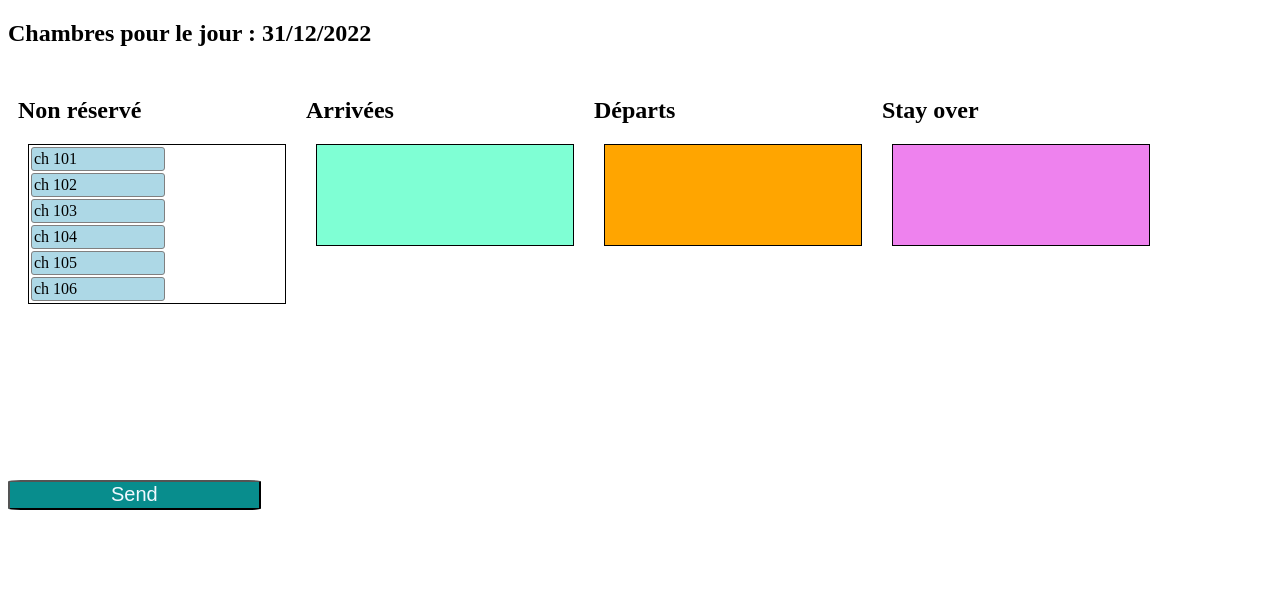
Repository: boschierob/order-app
Page: drag.html
An editor plug-in stored every save of this project. The page is shown before and after the next save, followed by the edit.
The browser window is 1280 px wide. The pictures show the whole page.
Some web libraries are served in a nearby version.

Above is the page before, as saved 2023-01-01 01:02:17.

### drag.html
<!DOCTYPE html>
<html lang="en">

<head>
  <meta charset="UTF-8">
  <meta http-equiv="X-UA-Compatible" content="IE=edge">
  <meta name="viewport" content="width=device-width, initial-scale=1.0">
  <link rel="stylesheet" href="http://code.jquery.com/ui/1.9.2/themes/base/jquery-ui.css" />
  <script type="text/javascript" src="http://code.jquery.com/jquery.min.js"></script>
  <script type="text/javascript" src="http://code.jquery.com/ui/1.9.2/jquery-ui.js"></script>
  <script type="text/javascript" src="http://www.pureexample.com/js/lib/jquery.ui.touch-punch.min.js"></script>


  <!-- CSS -->
  <style type="text/css">
    .items-container {
      display: flex;
    }

    .items-container>div {
      margin: 10px;
    }

    .list {
      max-width: 50%;
      background-color: lightblue;
      border: 1px solid gray;
    }

    .items .ui-selected {
      background: red;
      color: white;
      font-weight: bold;
    }

    .items {
      list-style-type: none;
      margin-left: 10px;
      padding: 0;
      width: 20vw;
      border: 1px solid;
      min-height: 100px;
    }

    .g {
      background-color: aquamarine;
    }

    .o {
      background-color: orange;
    }

    .z {
      background-color: violet;
    }

    .items li {
      margin: 2px;
      padding: 2px;
      cursor: pointer;
      border-radius: 3px;
    }

 .highlight {
      border: 2px solid red;
      font-weight: bold;
    }
    .btn-large{
      width:20%;
      height:30px;
      background-color: rgb(8, 141, 141);
      color:aliceblue;
      border-radius: 5%;
      font-size: 20px;
    }
  </style>

  <title>Document</title>
</head>
<!-- HTML -->

<body>
  <h2 id="date"> Chambres pour le jour : <span id="today"></span></h2>

  <div class="items-container">
    <div>
      <h2>Non réservé</h2>
      <ul id="items1" class="items ">

        <li class="list">ch 101</li>
        <li class="list">ch 102</li>
        <li class="list">ch 103</li>
        <li class="list">ch 104</li>
        <li class="list">ch 105</li>
        <li class="list">ch 106</li>
      </ul>
    </div>

    <div>
      <h2>Arrivées</h2>
      <ul id="items2" class="items g">
      </ul>

    </div>

    <div>
      <h2>Départs</h3>
        <ul id="items3" class="items o">


        </ul>

    </div>

    <div>
      <h2>Stay over</h4>
        <ul id="items4" class="items z">


        </ul>
    </div>
  </div>
  <div class="items-container">
    <canvas id="signature-canvas"></canvas>

  </div>
  <button class="btn-large" onclick="sendData()">Send</button>

  <!-- Javascript -->
  <script type="text/javascript" src="/js/mon_script.js"></script>
<script>
  function sendData(){
    let arrivals = document.getElementById("items2").innerText.split('\n')
    let departures = document.getElementById("items3").innerText.split('\n')
    let so = document.getElementById("items4").innerText.split('\n')
    let data = {
      "arrivals" : arrivals ,
      "departures": departures,
      "so" : so
    }
    fetch('/list', {
  method: 'POST',
  body:JSON.stringify(data),
  headers: {
    'Content-Type': 'application/json'
  }
})
.then(res => res.json())
.then(data => console.log(data));

console.log(JSON.stringify(data))
}

  let ladate = new Date();
  const el = document.querySelector("#today")
  el.innerHTML = ladate.getDate() + "/" + (ladate.getMonth() + 1) + "/" + ladate.getFullYear();

  $(function () {
    $("#items1,#items2,#items3,#items4").sortable({
      connectWith: "#items1,#items2,#items3,#items4",
      start: function (event, ui) {
        ui.item.toggleClass("highlight");
      },
      stop: function (event, ui) {
        ui.item.toggleClass("highlight");
        var element = document.getElementById("items1"); // or any other element
        //console.log(element); // logs the expandable <html>…</html>
        //console.dir(element.innerText); // logs the element’s properties and values
      }
    });
    $("#items1,#items2,#items3,#items4").disableSelection();

  });
</script>
</body>

</html>

### js/mon_script.js
console.log('coucou')

After the next save:
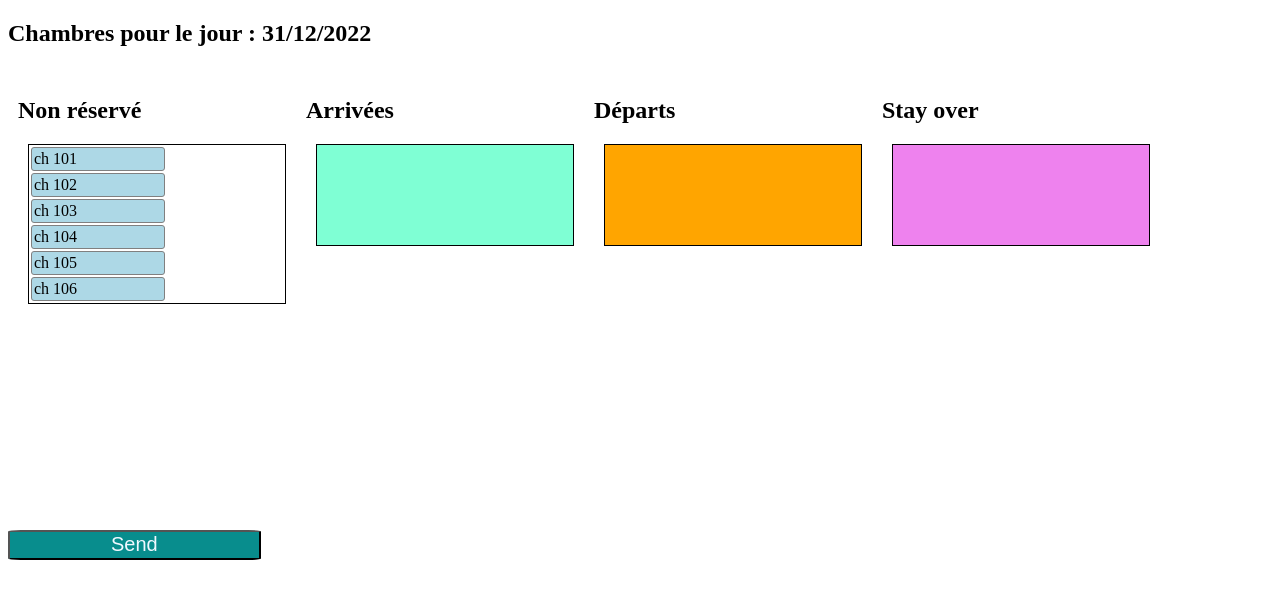
Saved 42 s later.
--- a/drag.html
+++ b/drag.html
@@ -121,7 +121,8 @@
     </div>
   </div>
   <div class="items-container">
-    <canvas id="signature-canvas"></canvas>
+    <canvas id="signature-canvas" width="400" height="200"></canvas>
+
 
   </div>
   <button class="btn-large" onclick="sendData()">Send</button>
